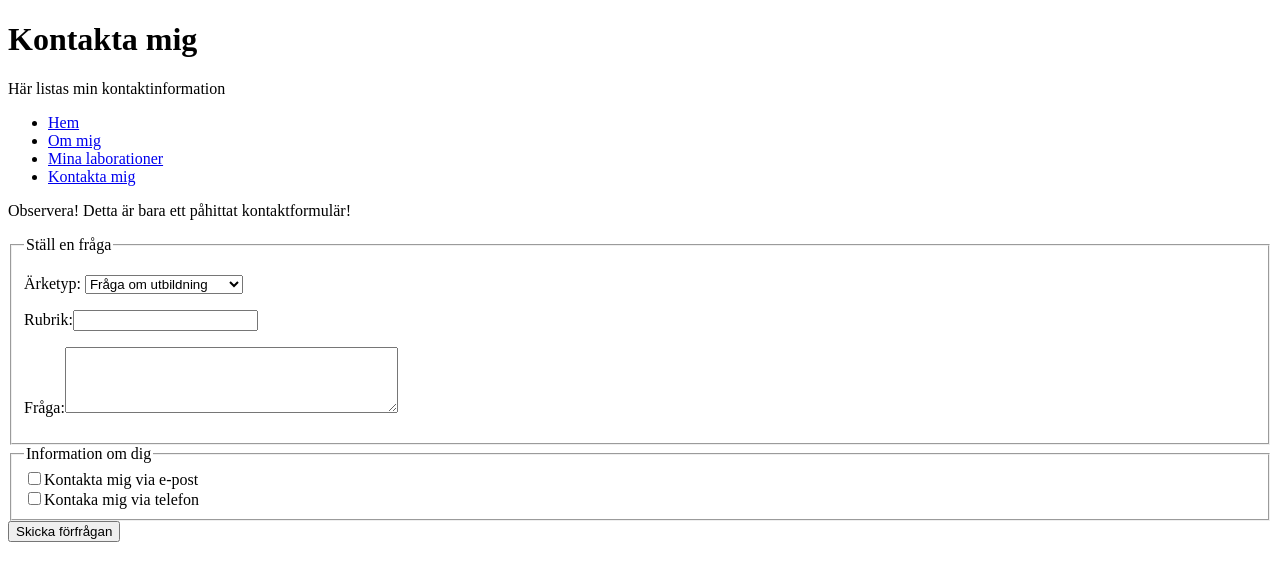
Repository: Holmewi/1ik415-jh222qr-laborationer
Page: pages/kontakt.html
The author's editor kept a record of every edit. The page is drawn from the files as they stood at one moment, then again after the next edit.
The browser window is 1280 px wide. The pictures show the whole page.

Above is the page before.

### pages/kontakt.html
<!DOCTYPE HTML>
<html>
    <head>
        <meta charset="utf-8">
        <title>Kontakta mig - Här listas min kontaktinformation</title>
    </head>
    <body>
        <h1>Kontakta mig</h1>
        <p>Här listas min kontaktinformation</p>

        <div>
            <ul>
                <li><a href="../index.html">Hem</a></li>
                <li><a href="presentation.html">Om mig</a></li>
                <li><a href="laborationer.html">Mina laborationer</a></li>
                <li><a href="kontakt.html">Kontakta mig</a></li>
            </ul>
        </div>

        <p>Observera! Detta är bara ett påhittat kontaktformulär!</p>

        <form id="input" action="http://voyager.lnu.se/tekinet/kurser/dtt/wp_webbintro/form.php" method="post">
            <fieldset>
                <legend>Ställ en fråga</legend>

                <p>Ärketyp:
                <select>
                    <option value="utbildning">Fråga om utbildning</option>
                    <option value="kurs">Fråga om kurs</option>
                    <option value="hyra">Fråga om anställning</option>
                    <option value="webbplatsen">Fråga om webbplatsen</option>
                    <option value="privat">Ställ en privat fråga</option>
                </select>
               </p>
                <p>Rubrik:<input type="text" id="header"/>

                <p>Fråga:<textarea id="question" rows="4" cols="39"></textarea></p>
            </fieldset>
            <fieldset>
                <legend>Information om dig</legend>
                <input type="checkbox" id="e-post"/>Kontakta mig via e-post<br>
                <input type="checkbox" id="telefon"/>Kontaka mig via telefon<br>
            </fieldset>
            <input type="Submit" value="Skicka förfrågan">
        </form>


    </body>
</html>

After the next edit:
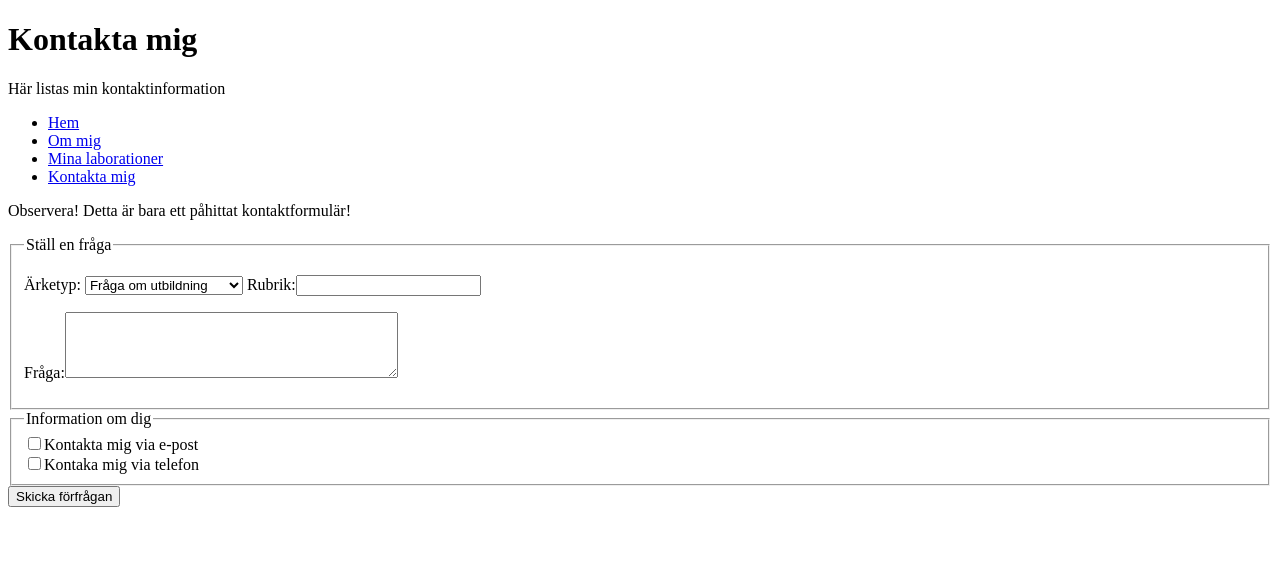
The edit:
--- a/pages/kontakt.html
+++ b/pages/kontakt.html
@@ -31,8 +31,8 @@
                     <option value="webbplatsen">Fråga om webbplatsen</option>
                     <option value="privat">Ställ en privat fråga</option>
                 </select>
-               </p>
-                <p>Rubrik:<input type="text" id="header"/>
+
+                Rubrik:<input type="text" id="header"/>
 
                 <p>Fråga:<textarea id="question" rows="4" cols="39"></textarea></p>
             </fieldset>
